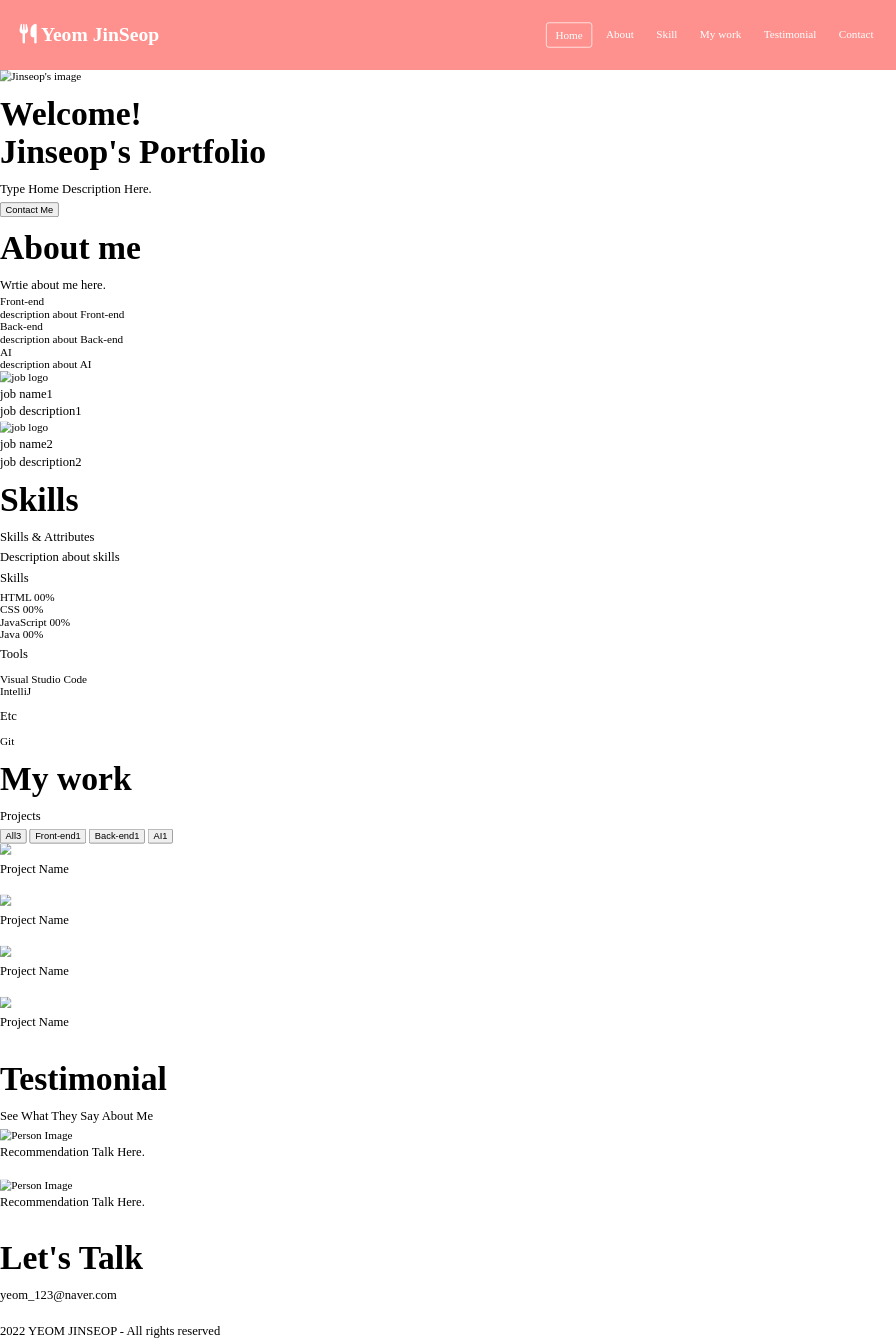
Repository: YEOMJINSEOP/yeomjinseop.github.io
Page: index.html
These files come from the project's save history. The page is drawn as it stood at one moment and after the next save; the edit follows.
The browser window is 1280 px wide. The pictures show the whole page, at 70% of full size.
Some web libraries are served in a nearby version.

Above is the page before, as saved 2022-08-14 11:34:05.

After the next save:
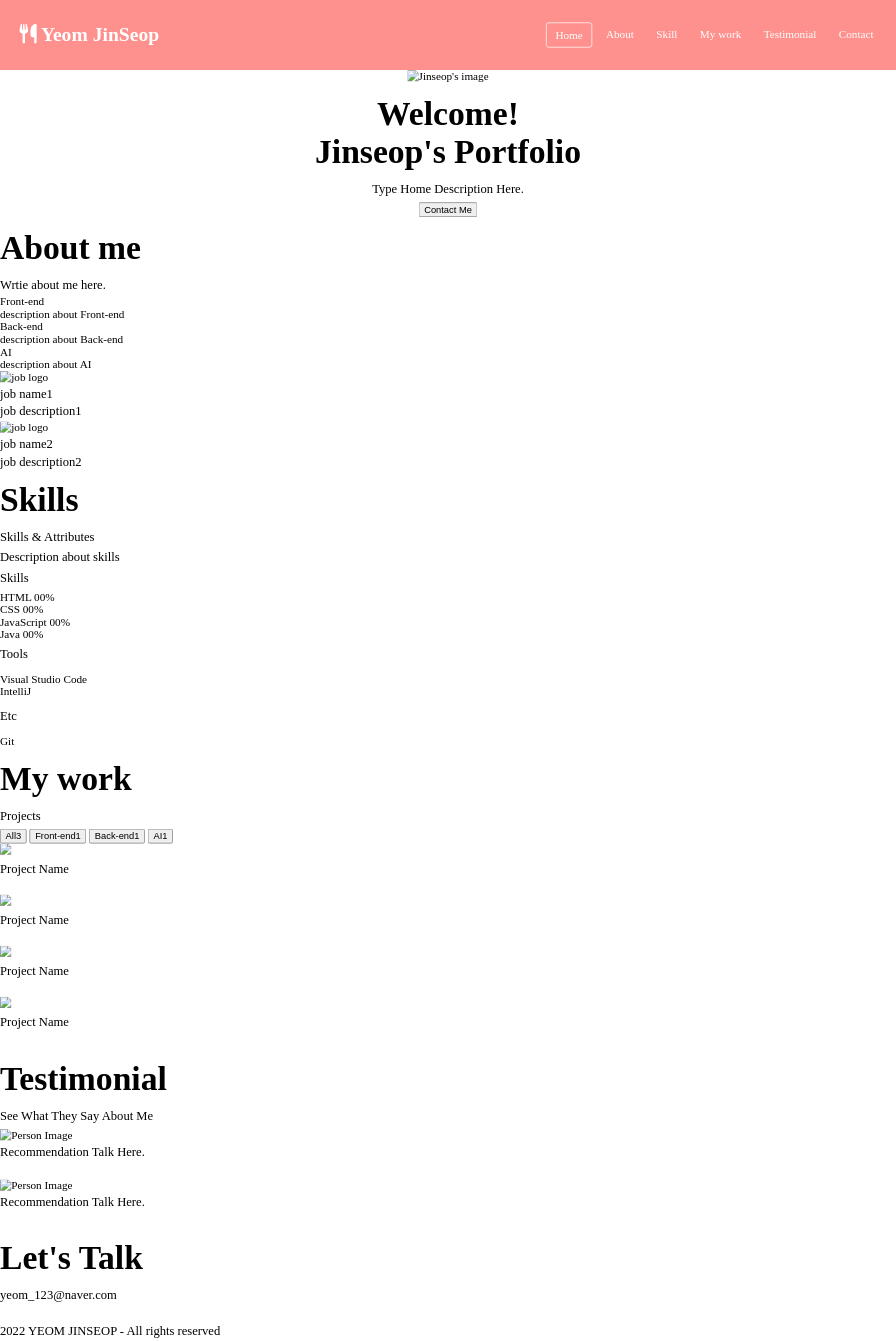
Saved 19 s later.
--- a/style.css
+++ b/style.css
@@ -128,6 +128,5 @@
  /* Home */
 
  #home{
-  justify-content: space-between;
-  align-items: center;
+  text-align: center;
  }
